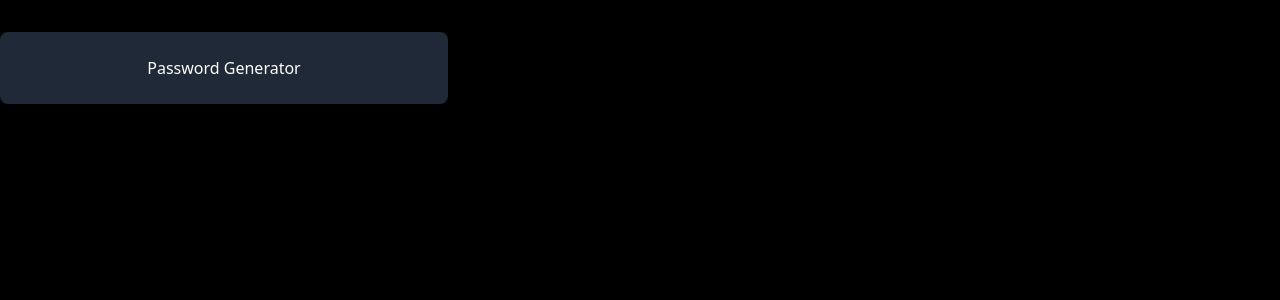
Repository: Abdul-Moeid-Rao/React-Projects
Page: / (app in 05passwordGenrator/)
An editor plug-in stored every save of this project. The page is shown before and after the next save, followed by the edit.
The browser window is 1280 px wide. The pictures show the whole page.
The project was rebuilt for these pictures with package versions that can differ from the ones it lists, and the page was loaded fresh each time. Also part of the build but not shown: 05passwordGenrator/vite.config.js.

Above is the page before, as saved 2024-07-14 21:20:35.

After the next save:
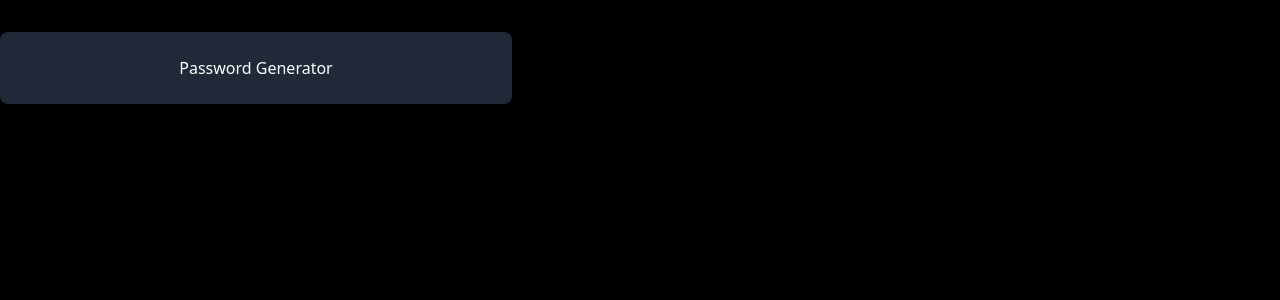
Saved 10 s later.
--- a/05passwordGenrator/src/App.jsx
+++ b/05passwordGenrator/src/App.jsx
@@ -26,7 +26,7 @@ function App() {
   }, [length, number, char, passGenerator])
 
   return (
-    <div className='w-full max-w-md max-auto shadow-md rounded-lg px-4 py-3 my-8 bg-gray-800 text-orange-500 justify-center'>
+    <div className='w-full max-w-lg max-auto shadow-md rounded-lg px-4 py-3 my-8 bg-gray-800 text-orange-500 justify-center'>
       <h1 className='text-white text-center my-3'>Password Generator</h1>
     </div>
   )
